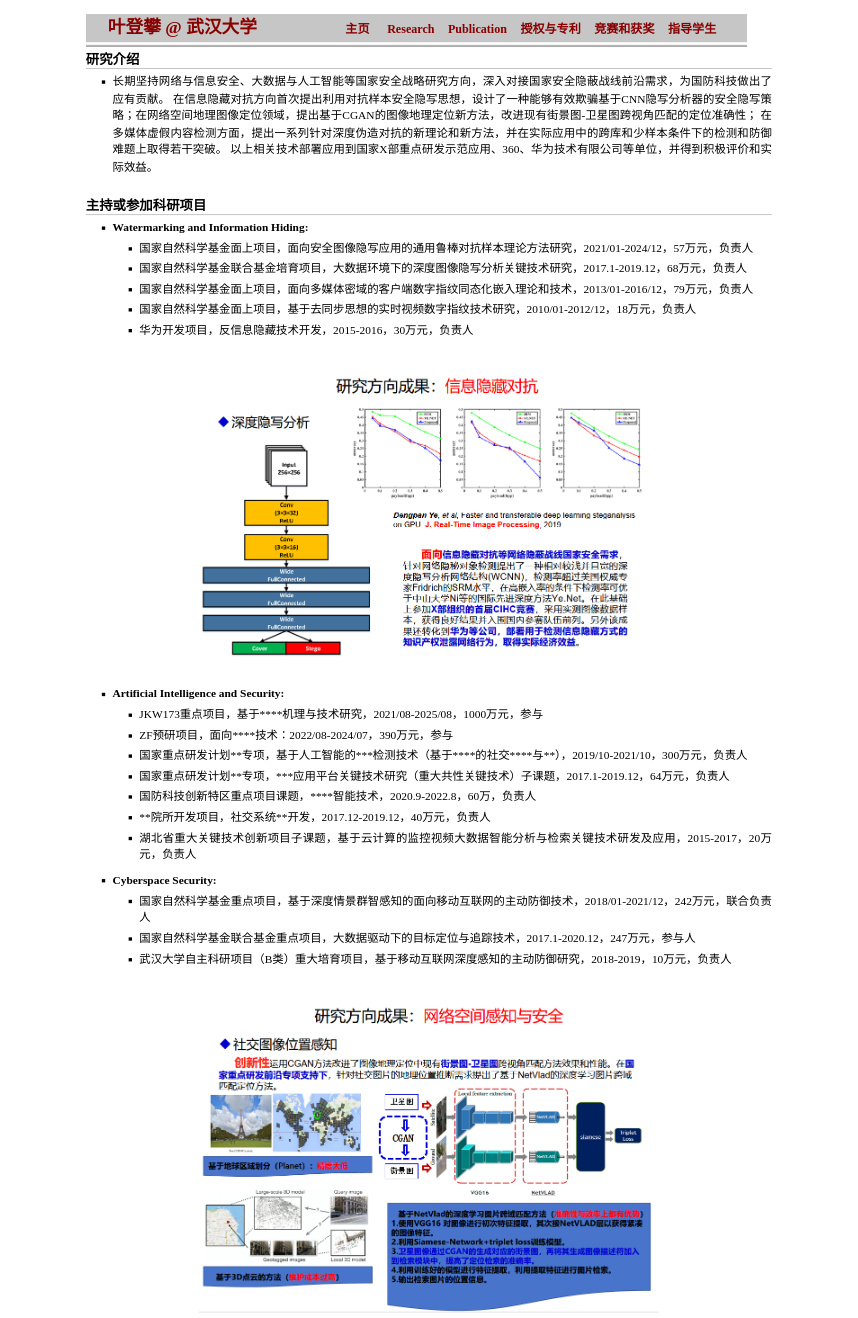
Repository: yedengpan/yedengpan.github.io
Page: research.html
An editor plug-in stored every save of this project. The page is shown before and after the next save, followed by the edit.
The browser window is 1280 px wide. The pictures show the whole page, at 67% of full size.

Above is the page before, as saved 2023-12-04 15:03:23.
Console error: SyntaxError: Unexpected token '%'

### research.html
<!DOCTYPE html PUBLIC "-//W3C//DTD XHTML 1.1//EN" "http://www.w3.org/TR/xhtml11/DTD/xhtml11.dtd">
<html xmlns="http://www.w3.org/1999/xhtml" xml:lang="en">
<head>
    <meta http-equiv="Content-Type" content="text/html; charset=UTF-8" />
    <meta name="generator" content="jemdoc, see http://jemdoc.jaboc.net/" />

    <link rel="stylesheet" href="./source_files/jemdoc.css" type="text/css" />
    <title>主持或参加科研项目</title>
    <script type="text/javascript" src="./source_files/jquery-1.12.4.min.js"></script>
    <script src="./source_files/main.js"></script>
    <title>插入图片</title>
    <style>
        .center-image {
            display: block;
            margin: 0 auto;
            width: 67%;
        }
    </style>

    <style>
        .container {
            display: flex;
            align-items: stretch;
        }

        .left-image {
            flex-basis: 70%; /* 左边图片占据 70% 的宽度 */
        }

        .right-images {
            flex-basis: 30%; /* 右边图片占据 30% 的宽度 */
            display: flex;
            flex-direction: column;
        }

        .right-image {
            flex-grow: 1;
            margin-bottom: 10px;
        }
    </style>

</head>
<body class="my-body">
    <div id="layout-content">

        <div id="toptitle">
            <h1 width=100% id="home">
                &nbsp;&nbsp;&nbsp;&nbsp;
                <font color="#880000">叶登攀 @ 武汉大学</font>
                &nbsp;&nbsp;&nbsp;&nbsp;&nbsp;&nbsp;&nbsp;&nbsp;&nbsp;&nbsp;&nbsp;&nbsp;&nbsp;&nbsp;&nbsp;&nbsp;&nbsp;&nbsp;
                <a href="./index.html"><font color="#880000" size="4.0px">主页</font></a>
                &nbsp;&nbsp;
                <a href="./research.html"><font color="#880000" size="4.0px">Research &nbsp;&nbsp;</font></a>
                <a href="./publication.html"><font color="#880000" size="4.0px">Publication &nbsp;&nbsp;</font></a>
                <a href="./patent.html"><font color="#880000" size="4.0px">授权与专利 &nbsp;&nbsp;</font></a>
                <a href="./awards.html"><font color="#880000" size="4.0px">竞赛和获奖 &nbsp;&nbsp;</font></a>
                <a href="./student.html"><font color="#880000" size="4.0px">指导学生 &nbsp;&nbsp;</font></a>                &nbsp;&nbsp;&nbsp;&nbsp;
            </h1>
        </div>

        <br /> <br />

        <h2>研究介绍</h2>

        <ul>
            <li>
                <p style="text-align:justify;">
                    长期坚持网络与信息安全、大数据与人工智能等国家安全战略研究方向，深入对接国家安全隐蔽战线前沿需求，为国防科技做出了应有贡献。
                    在信息隐藏对抗方向首次提出利用对抗样本安全隐写思想，设计了一种能够有效欺骗基于CNN隐写分析器的安全隐写策略；在网络空间地理图像定位领域，提出基于CGAN的图像地理定位新方法，改进现有街景图-卫星图跨视角匹配的定位准确性；
                    在多媒体虚假内容检测方面，提出一系列针对深度伪造对抗的新理论和新方法，并在实际应用中的跨库和少样本条件下的检测和防御难题上取得若干突破。
                    以上相关技术部署应用到国家X部重点研发示范应用、360、华为技术有限公司等单位，并得到积极评价和实际效益。

                </p>
            </li>
        </ul>



        <h2>主持或参加科研项目</h2>
        <ul>
            <!--            <li><p style="text-align:justify;"><b>Image Processing and Steganalysis:</b></p></li>
        -->
            <li><p style="text-align:justify;"><b>Watermarking and Information Hiding:</b></p></li>
            <ul>
                <li><p style="text-align:justify;"> 国家自然科学基金面上项目，面向安全图像隐写应用的通用鲁棒对抗样本理论方法研究，2021/01-2024/12，57万元，负责人</p></li>
                <li><p style="text-align:justify;"> 国家自然科学基金联合基金培育项目，大数据环境下的深度图像隐写分析关键技术研究，2017.1-2019.12，68万元，负责人</p></li>
                <li><p style="text-align:justify;"> 国家自然科学基金面上项目，面向多媒体密域的客户端数字指纹同态化嵌入理论和技术，2013/01-2016/12，79万元，负责人</p></li>
                <li><p style="text-align:justify;"> 国家自然科学基金面上项目，基于去同步思想的实时视频数字指纹技术研究，2010/01-2012/12，18万元，负责人</p></li>

                <li><p style="text-align:justify;"> 华为开发项目，反信息隐藏技术开发，2015-2016，30万元，负责人</p></li>
            </ul>
        </ul>
        <img class="center-image" src="./source_files/111.png" alt="information_hiding" />

        <ul>
            <li><p style="text-align:justify;"><b>Artificial Intelligence and Security:</b></p></li>
            <ul>
                <li><p style="text-align:justify;"> JKW173重点项目，基于****机理与技术研究，2021/08-2025/08，1000万元，参与</p></li>
                <li><p style="text-align:justify;"> ZF预研项目，面向****技术：2022/08-2024/07，390万元，参与</p></li>
                <li><p style="text-align:justify;"> 国家重点研发计划**专项，基于人工智能的***检测技术（基于****的社交****与**），2019/10-2021/10，300万元，负责人</p></li>

                <li><p style="text-align:justify;"> 国家重点研发计划**专项，***应用平台关键技术研究（重大共性关键技术）子课题，2017.1-2019.12，64万元，负责人</p></li>
                <li><p style="text-align:justify;"> 国防科技创新特区重点项目课题，****智能技术，2020.9-2022.8，60万，负责人</p></li>
                <li><p style="text-align:justify;"> **院所开发项目，社交系统**开发，2017.12-2019.12，40万元，负责人</p></li>

                <li><p style="text-align:justify;"> 湖北省重大关键技术创新项目子课题，基于云计算的监控视频大数据智能分析与检索关键技术研发及应用，2015-2017，20万元，负责人</p></li>
            </ul>
        </ul>
        <!-- <img class="center-image" src="./source_files/222.png" alt="artificial_security" /> -->


        <ul>
            <li><p style="text-align:justify;"><b> Cyberspace Security:</b></p></li>
            <ul>
                <li><p style="text-align:justify;"> 国家自然科学基金重点项目，基于深度情景群智感知的面向移动互联网的主动防御技术，2018/01-2021/12，242万元，联合负责人</p></li>
                <li><p style="text-align:justify;"> 国家自然科学基金联合基金重点项目，大数据驱动下的目标定位与追踪技术，2017.1-2020.12，247万元，参与人</p></li>
                <li><p style="text-align:justify;"> 武汉大学自主科研项目（B类）重大培育项目，基于移动互联网深度感知的主动防御研究，2018-2019，10万元，负责人</p></li>

            </ul>
        </ul>
        <img class="center-image" src="./source_files/333.png" alt="cyberspace_security" />

    </div>
</body>
</html>

### source_files/jemdoc.css
/* Default css file for jemdoc. */

table#tlayout {
    border: none;
    border-collapse: separate;
    background: white;
}

/*body.my-body {
	background: white;*/
	/*	font-family: Georgia, serif;*/
	/*font-family: "Times New Roman", Sans-serif, Serif, Arial, Helvetica, sans-serif;
	padding-bottom: 8px;
	margin: 0;
	text-align: center;
}*/


/* 设置英文文字的字体样式 */
:lang(en) {
	font-family: "Arial", sans-serif;
}

/* 排除其他语言的文字样式设置 */
:not(:lang(en)) {
	font-family: inherit;
}


#layout-menu {
	background: #f6f6f6;
	border: 1px solid #dddddd;
	padding-top: 0.5em;
	padding-left: 8px;
	padding-right: 8px;
	font-size: 1.0em;
	width: auto;
	white-space: nowrap;
    text-align: left;
    vertical-align: top;
}

#layout-menu td {
	background: #f4f4f4;
    vertical-align: top;
}

#layout-content {
	padding-top: 0.0em;
	padding-left: 1.0em;
	padding-right: 1.0em;
    border: none;
    background: white;
    text-align: left;
    vertical-align: top;
    /* width:950px; */
    width:1024px;
	/* width:1024px; */
    margin: auto;
}

#layout-menu a {
	line-height: 1.5em;
	margin-left: 0.5em;
}

tt {
    background: #ffffdd;
}

pre, tt {
	font-size: 90%;
	font-family: monaco, monospace;
}

a, a > tt {
	/*color: #0000FF;*/
  color: #0055AA;
	text-decoration: none;
}

a:hover {
	border-bottom: 1px gray dotted;
}

#layout-menu a.current:link, #layout-menu a.current:visited {
	color: #022b6d;
	border-bottom: 1px gray solid;
}
#layout-menu a:link, #layout-menu a:visited, #layout-menu a:hover {
	color: #527bbd;
	text-decoration: none;
}
#layout-menu a:hover {
	text-decoration: none;
}

div.menu-category {
	border-bottom: 1px solid gray;
	margin-top: 0.8em;
	padding-top: 0.2em;
	padding-bottom: 0.1em;
	font-weight: bold;
}

div.menu-item {
	padding-left: 16px;
	text-indent: -16px;
}

div#toptitle {
	padding-bottom: 0.2em;
	margin-bottom: 1.5em;
	border-bottom: 3px double gray;
  position:fixed;

}

/* Reduce space if we begin the page with a title. */
div#toptitle + h2, div#toptitle + h3 {
	margin-top: -0.7em;
}

div#subtitle {
	margin-top: 0.0em;
	margin-bottom: 0.0em;
	padding-top: 0em;
	padding-bottom: 0.1em;
}

em {
	font-style: italic;
}

strong {
	font-weight: bold;
}


h1, h2, h3 {
	color: #000000;
	margin-top: 0.9em;
	margin-bottom: 0.3em;
	padding-bottom: 0.2em;
	line-height: 1.0;
	padding-top: 0.5em;
	border-bottom: 1px solid #aaaaaa;
}

h1 {
	font-size: 165%;
  /*background: #003366;*/
  background: #C7C6C6;
  line-height: 1.5;
}

h2 {
	padding-top: 0.8em;
	font-size: 125%;
}

h2 + h3 {
    padding-top: 0.2em;
}

h3 {
	font-size: 110%;
	border-bottom: none;
}

p {
	margin-top: 0.0em;
	margin-bottom: 0.8em;
	padding: 0;
	line-height: 1.5;
  /*size of font in body*/
  font-size: 17px;
}

pre {
	padding: 0;
	margin: 0;
}

div#footer {
	font-size: small;
	border-top: 1px solid #c0c0c0;
	padding-top: 0.1em;
	margin-top: 4.0em;
	color: #c0c0c0;
}

div#footer a {
	color: #80a0b0;
}

div#footer-text {
	float: left;
	padding-bottom: 8px;
}

ul, ol, dl {
	margin-top: 0.2em;
	padding-top: 0;
	margin-bottom: 0.8em;
}

dt {
	margin-top: 0.5em;
	margin-bottom: 0;
}

dl {
	margin-left: 20px;
}

dd {
	color: #222222;
}

dd > *:first-child {
	margin-top: 0;
}

ul {
	list-style-position: outside;
	list-style-type: square;
}

p + ul, p + ol {
	margin-top: -0.5em;
}

li ul, li ol {
	margin-top: -0.3em;
}

ol {
	list-style-position: outside;
	list-style-type: decimal;
}

li p, dd p {
	margin-bottom: 0.3em;
}


ol ol {
	list-style-type: lower-alpha;
}

ol ol ol {
	list-style-type: lower-roman;
}

p + div.codeblock {
	margin-top: -0.6em;
}

div.codeblock, div.infoblock {
	margin-right: 0%;
	margin-top: 1.2em;
	margin-bottom: 1.3em;
}

div.blocktitle {
	font-weight: bold;
	color: #cd7b62;
	margin-top: 1.2em;
	margin-bottom: 0.1em;
}

div.blockcontent {
	border: 1px solid silver;
	padding: 0.3em 0.5em;
}

div.infoblock > div.blockcontent {
	background: #ffffee;
}

div.blockcontent p + ul, div.blockcontent p + ol {
	margin-top: 0.4em;
}

div.infoblock p {
	margin-bottom: 0em;
}

div.infoblock li p, div.infoblock dd p {
	margin-bottom: 0.5em;
}

div.infoblock p + p {
	margin-top: 0.8em;
}

div.codeblock > div.blockcontent {
	background: #f6f6f6;
}

span.pycommand {
	color: #000070;
}

span.statement {
	color: #008800;
}
span.builtin {
	color: #000088;
}
span.special {
	color: #990000;
}
span.operator {
	color: #880000;
}
span.error {
	color: #aa0000;
}
span.comment, span.comment > *, span.string, span.string > * {
	color: #606060;
}

@media print {
	#layout-menu { display: none; }
}

#fwtitle {
	margin: 2px;
}

#fwtitle #toptitle {
	padding-left: 0.5em;
	margin-bottom: 0.5em;
}

#layout-content h1:first-child, #layout-content h2:first-child, #layout-content h3:first-child {
	margin-top: -0.7em;
}

div#toptitle h1, #layout-content div#toptitle h1 {
	margin-bottom: 0.0em;
	padding-bottom: 0.1em;
	padding-top: 0;
	margin-top: 0.5em;
	border-bottom: none;
}

img.eq {
	padding: 0;
	padding-left: 0.1em;
	padding-right: 0.1em;
	margin: 0;
}

img.eqwl {
	padding-left: 2em;
	padding-top: 0.6em;
	padding-bottom: 0.2em;
	margin: 0;
}

table {
    border: 2px solid black;
    border-collapse: collapse;
}

td {
    padding: 2px;
    padding-left: 0.5em;
    padding-right: 0.5em;
    text-align: center;
    border: 1px solid gray;
}

table + table {
    margin-top: 1em;
}

tr.heading {
    font-weight: bold;
    border-bottom: 2px solid black;
}

img {
    border: none;
}

table.imgtable, table.imgtable td {
    border: none;
    text-align: left;
    padding-top: 4em;
}

### static/js/main.js
---
---
$(function() {
  deadlineByConf = {};

  {% for conf in site.data.conferences %}
  {% assign conf_id = conf.name | append: conf.year | slugify %}
  {% if conf.deadline == "TBA" %}
  $('#{{ conf_id }} .timer').html("TBA");
  $('#{{ conf_id }} .deadline-time').html("TBA");
  deadlineByConf["{{ conf_id }}"] = null;

  {% else %}
  var rawDeadlines = {{ conf.deadline | jsonify }} || [];
  if (rawDeadlines.constructor !== Array) {
    rawDeadlines = [rawDeadlines];
  }
  var parsedDeadlines = [];
  while (rawDeadlines.length > 0) {
    var rawDeadline = rawDeadlines.pop();
    // check if date is template
    if (rawDeadline.indexOf('%m') >= 0) {
      for (var m = 1; m <= 12; m++) {
        rawDeadlines.push(rawDeadline.replace('%m', m < 10 ? '0' + m : m));
      }
    } else if (rawDeadline.indexOf('%y') >= 0) {
      year = parseInt(moment().year());
      rawDeadlines.push(rawDeadline.replace('%y', year));
      rawDeadlines.push(rawDeadline.replace('%y', year + 1));

    } else {
      // adjust date according to deadline timezone
      {% if conf.timezone %}
      var deadline = moment.tz(rawDeadline, "{{ conf.timezone }}");
      {% else %}
      var deadline = moment.tz(rawDeadline, "Etc/GMT+12"); // Anywhere on Earth
      {% endif %}

      // post-process date
      if (deadline.minutes() === 0) {
        deadline.subtract(1, 'seconds');
      }
      if (deadline.minutes() === 59) {
        deadline.seconds(59);
      }
      parsedDeadlines.push(deadline);
    }
  }

  // check which deadline is closest
  var confDeadline = parsedDeadlines[0];
  var today = moment();
  for (var i = 1; i < parsedDeadlines.length; i++) {
    deadlineCandidate = parsedDeadlines[i];
    if ((today.diff(deadlineCandidate) < 0 && today.diff(deadlineCandidate) > today.diff(confDeadline))) {
      confDeadline = deadlineCandidate;
    }
  }

  // render countdown timer
  if (confDeadline) {
    function make_update_countdown_fn(confDeadline) {
      return function(event) {
        diff = moment() - confDeadline
        if (diff <= 0) {
           $(this).html(event.strftime('%D days %Hh %Mm %Ss'));
        } else {
          $(this).html(confDeadline.fromNow());
        }
      }
    }
    $('#{{ conf_id }} .timer').countdown(confDeadline.toDate(), make_update_countdown_fn(confDeadline));
    // check if date has passed, add 'past' class to it
    if (moment() - confDeadline > 0) {
      $('#{{ conf_id }}').addClass('past');
    }
    $('#{{ conf_id }} .deadline-time').html(confDeadline.local().format('D MMM YYYY, h:mm:ss a'));
    deadlineByConf["{{ conf_id }}"] = confDeadline;
  }
  {% endif %}
  {% endfor %}

  // Reorder list
  confs = $('.conf');
  confs.detach().sort(function(a, b) {
    var today = moment();
    var a = deadlineByConf[a.id];
    var b = deadlineByConf[b.id];
    var diff1 = today.diff(a)
    var diff2 = today.diff(b)
    if (a == null && b == null) {
      return 0;
    }
    if (a == null && diff2 > 0) {
      return -1;
    }
    if (a == null && diff2 < 0) {
      return +1;
    }
    if (b == null && diff1 > 0) {
      return +1;
    }
    if (b == null && diff1 < 0) {
      return -1;
    }
    if (diff1 < 0 && diff2 > 0) {
      return -1;
    }
    if (diff1 > 0 && diff2 < 0) {
      return +1;
    }
    if (diff1 < 0 && diff2 < 0) {
      return -1 ? diff1 < diff2 : +1;
    }
    if (diff1 > 0 && diff2 > 0) {
      return -1 ? a < b : +1;
    }
  });
  $('.conf-container').append(confs);

  // Set checkboxes
  var conf_type_data = {{ site.data.types | jsonify }};
  var all_tags = [];
  var toggle_status = {};
  for (var i = 0; i < conf_type_data.length; i++) {
    all_tags[i] = conf_type_data[i]['tag'];
    toggle_status[all_tags[i]] = false;
  }
  var tags = store.get('{{ site.domain }}');
  if (tags === undefined) {
    tags = all_tags;
  }
  for (var i = 0; i < tags.length; i++) {
    $('#' + tags[i] + '-checkbox').prop('checked', true);
    toggle_status[tags[i]] = true;
  }
  store.set('{{ site.domain }}', tags);

  function update_conf_list() {
    confs.each(function(i, conf) {
      var conf = $(conf);
      var show = false;
      for (var i = 0; i < all_tags.length; i++) {
        if(conf.hasClass(all_tags[i])) {
          show = show | toggle_status[all_tags[i]];
        }
      }
      if (show) {
        conf.show();
      } else {
        conf.hide()
      }
    });
  }
  update_conf_list();

  // Event handler on checkbox change
  $('form :checkbox').change(function(e) {
    var checked = $(this).is(':checked');
    var tag = $(this).prop('id').slice(0, -9);
    toggle_status[tag] = checked;

    if (checked == true) {
      if (tags.indexOf(tag) < 0)
        tags.push(tag);
    }
    else {
      var idx = tags.indexOf(tag);
      if (idx >= 0)
        tags.splice(idx, 1);
    }
    store.set('{{ site.domain }}', tags);
    update_conf_list();
  });
});

Loaded but not shown: source_files/jquery-1.12.4.min.js (library)

After the next save:
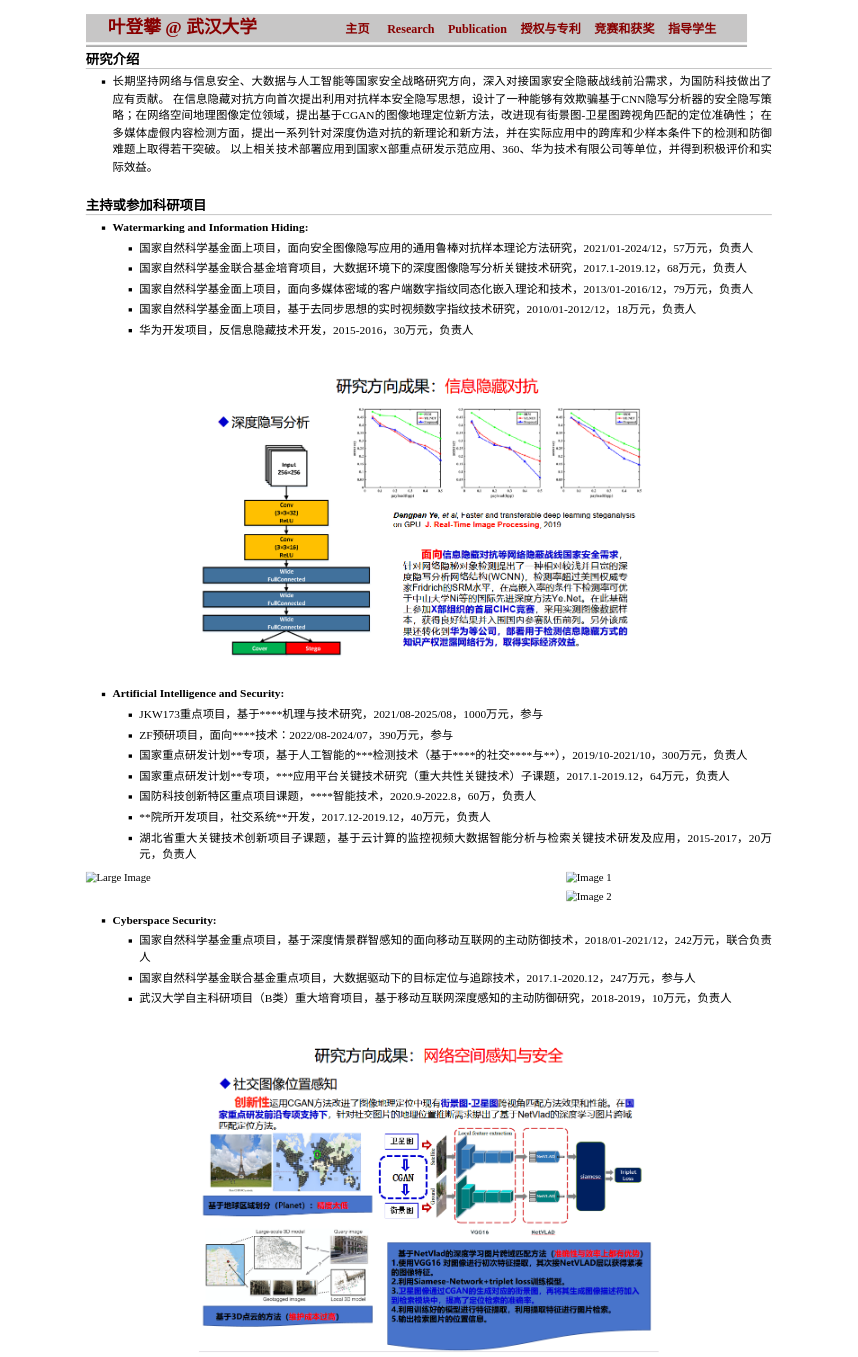
Not found: path_to_image1.jpg
Not found: path_to_image2.jpg
Not found: path_to_large_image.jpg
Saved 5 s later.
--- a/research.html
+++ b/research.html
@@ -107,7 +107,19 @@
             </ul>
         </ul>
         <!-- <img class="center-image" src="./source_files/222.png" alt="artificial_security" /> -->
-
+        <div class="container">
+            <div class="left-image">
+                <img src="path_to_large_image.jpg" alt="Large Image" style="width: 100%;">
+            </div>
+            <div class="right-images">
+                <div class="right-image">
+                    <img src="path_to_image1.jpg" alt="Image 1" style="width: 100%;">
+                </div>
+                <div class="right-image">
+                    <img src="path_to_image2.jpg" alt="Image 2" style="width: 100%;">
+                </div>
+            </div>
+        </div>
 
         <ul>
             <li><p style="text-align:justify;"><b> Cyberspace Security:</b></p></li>
